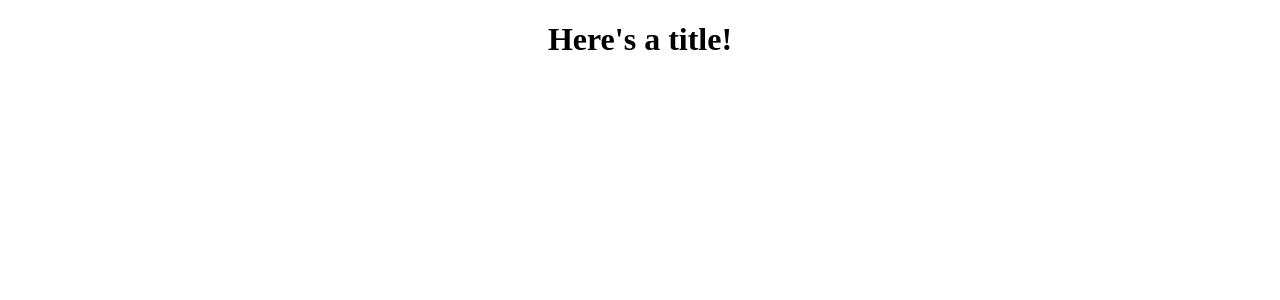
Repository: Lexscher/PHP-practice
Page: http://localhost/
The author's editor kept a record of every edit. The page is drawn from the files as they stood at one moment, then again after the next edit.
The browser window is 1280 px wide. The pictures show the whole page.
The page is run by PHP 8.4 with error messages shown; the project is at /var/www/html/.

Above is the page before.

### index.php
<!DOCTYPE html>
<html>
    <head>
        <title>My php website!</title>
    </head>
</html>

<body>

    <center>

        <h1>
               <?php
        // echo out some text~
                echo "Here's a title!";
                // Here's my first crack at making variables using PHP!
                $first_string = "This is my first variable.";

                $first_number = 17;

                $second_number

                ?>
        </h1>

    </center>

</body>

After the next edit:
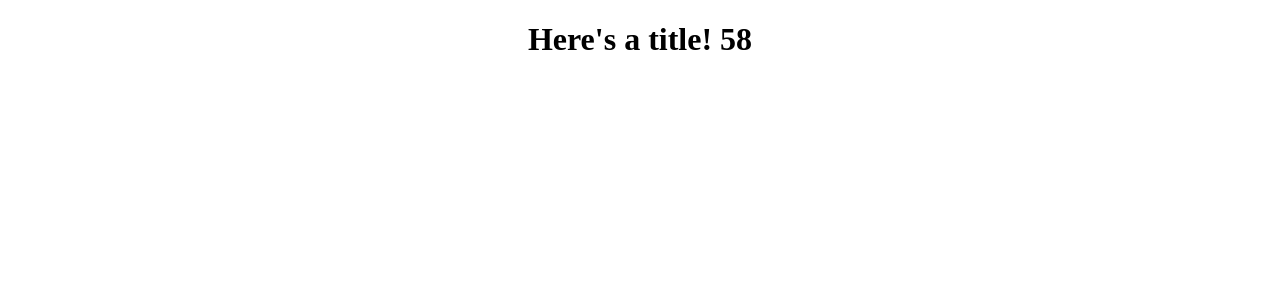
The edit:
--- a/index.php
+++ b/index.php
@@ -18,7 +18,16 @@
 
                 $first_number = 17;
 
-                $second_number
+                $second_number = 41;
+
+                $third_number = $first_number;
+
+                $fourth_number = $first_number + $second_number;
+                echo "
+
+                ";
+
+                echo $fourth_number;
 
                 ?>
         </h1>
